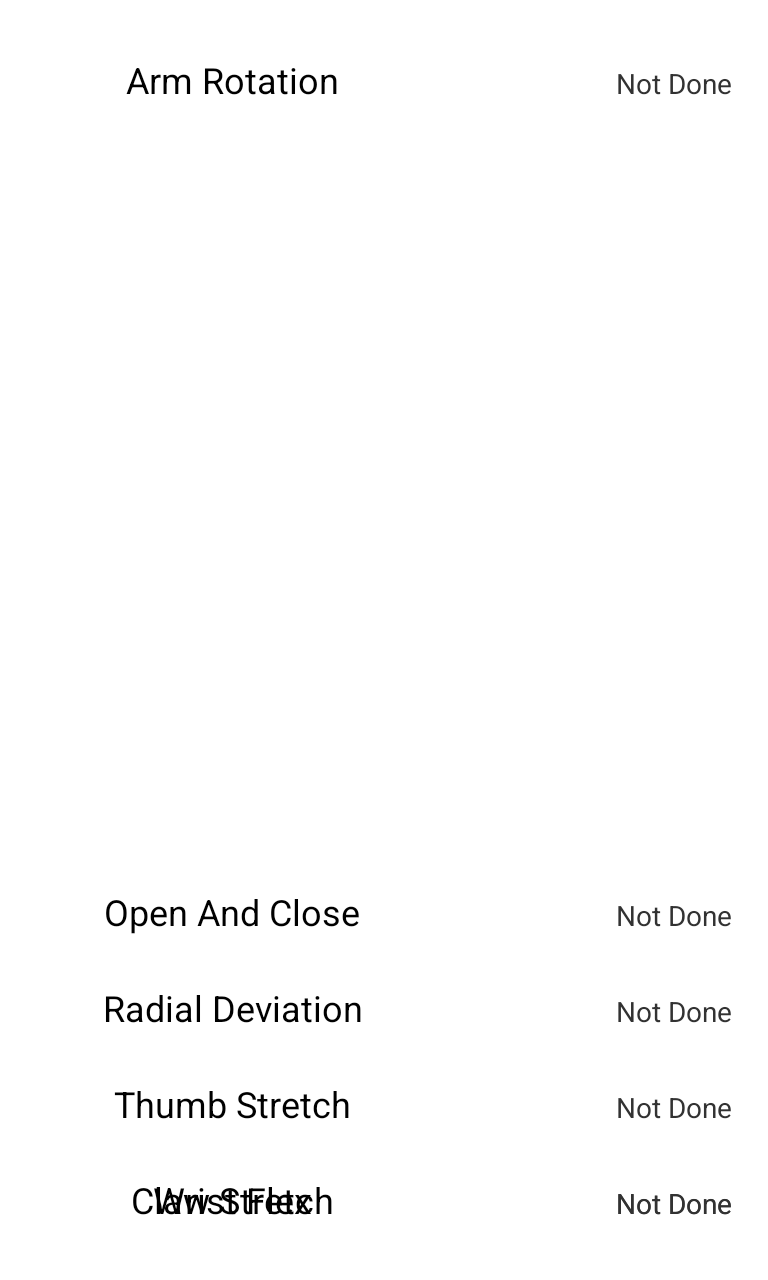
Repository: zi-yang-zhang/ECSE424-Group8
Layout: Hi Fi Prototype/ReHand/ReHand/res/layout/activity_details_page.xml
An editor plug-in stored every save of this project. The layout is shown before and after the next save, followed by the edit.
It is drawn on a 768 x 1280 px phone screen (xhdpi) without system bars, with theme AppTheme; the app's code is not run.

Above is the layout before, as saved 2014-02-20 02:41:25.

After the next save:
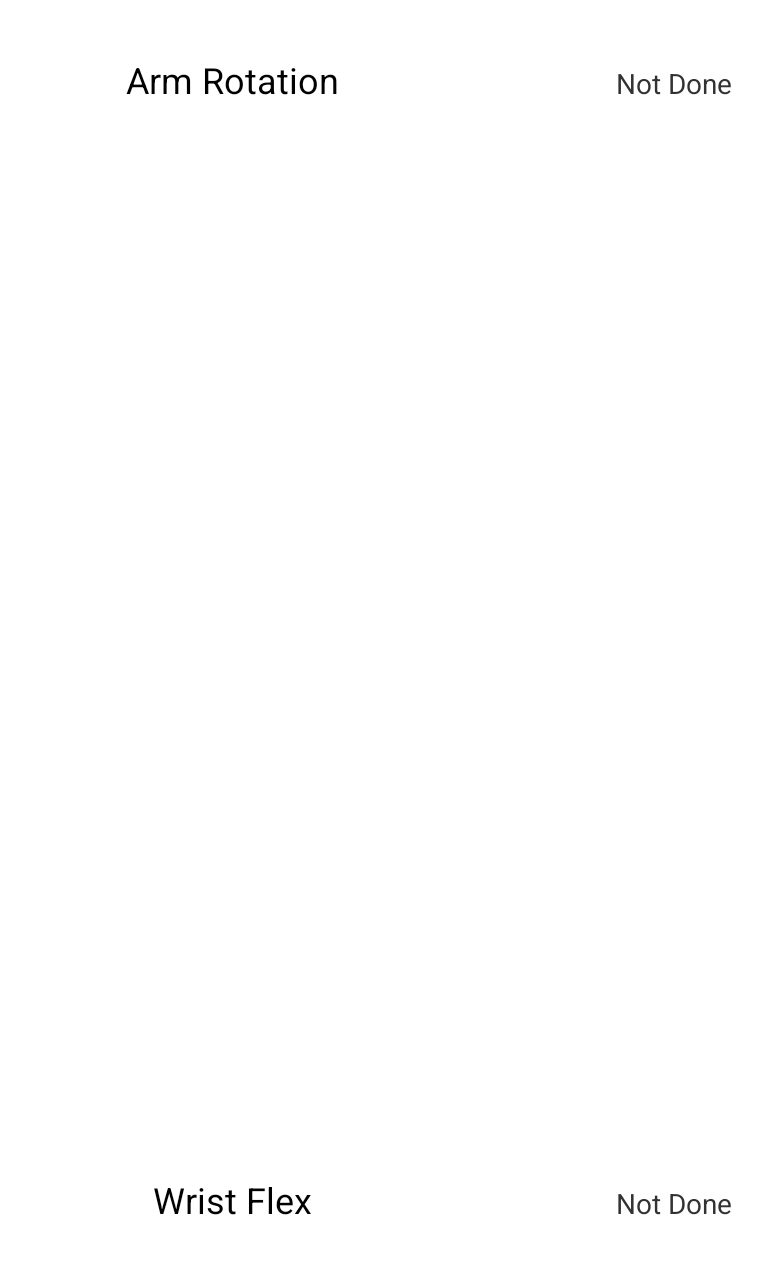
Saved 35 s later.
--- a/Hi Fi Prototype/ReHand/ReHand/res/layout/activity_details_page.xml
+++ b/Hi Fi Prototype/ReHand/ReHand/res/layout/activity_details_page.xml
@@ -148,7 +148,7 @@
         style="?android:attr/borderlessButtonStyle"
         android:layout_width="200dp"
         android:layout_height="wrap_content"
-        android:layout_above="@+id/button9"
+        android:layout_below="@+id/button2"
         android:layout_alignLeft="@+id/button9"
         android:text="@string/exercise_text_open_and_close" />
 
@@ -157,7 +157,7 @@
         style="?android:attr/borderlessButtonStyle"
         android:layout_width="200dp"
         android:layout_height="wrap_content"
-        android:layout_above="@+id/button3"
+        android:layout_below="@+id/button8"
         android:layout_alignLeft="@+id/button3"
         android:text="@string/exercise_text_radial_deviation" />
 
@@ -166,7 +166,7 @@
         style="?android:attr/borderlessButtonStyle"
         android:layout_width="200dp"
         android:layout_height="wrap_content"
-        android:layout_above="@+id/button4"
+        android:layout_below="@+id/button9"
         android:layout_alignLeft="@+id/button4"
         android:text="@string/exercise_text_thumb_stretch" />
 
@@ -175,7 +175,7 @@
         style="?android:attr/borderlessButtonStyle"
         android:layout_width="200dp"
         android:layout_height="wrap_content"
-        android:layout_above="@+id/button6"
+        android:layout_below="@+id/button3"
         android:layout_alignLeft="@+id/button6"
         android:text="@string/exercise_botton_text_claw_stretch" />
 
